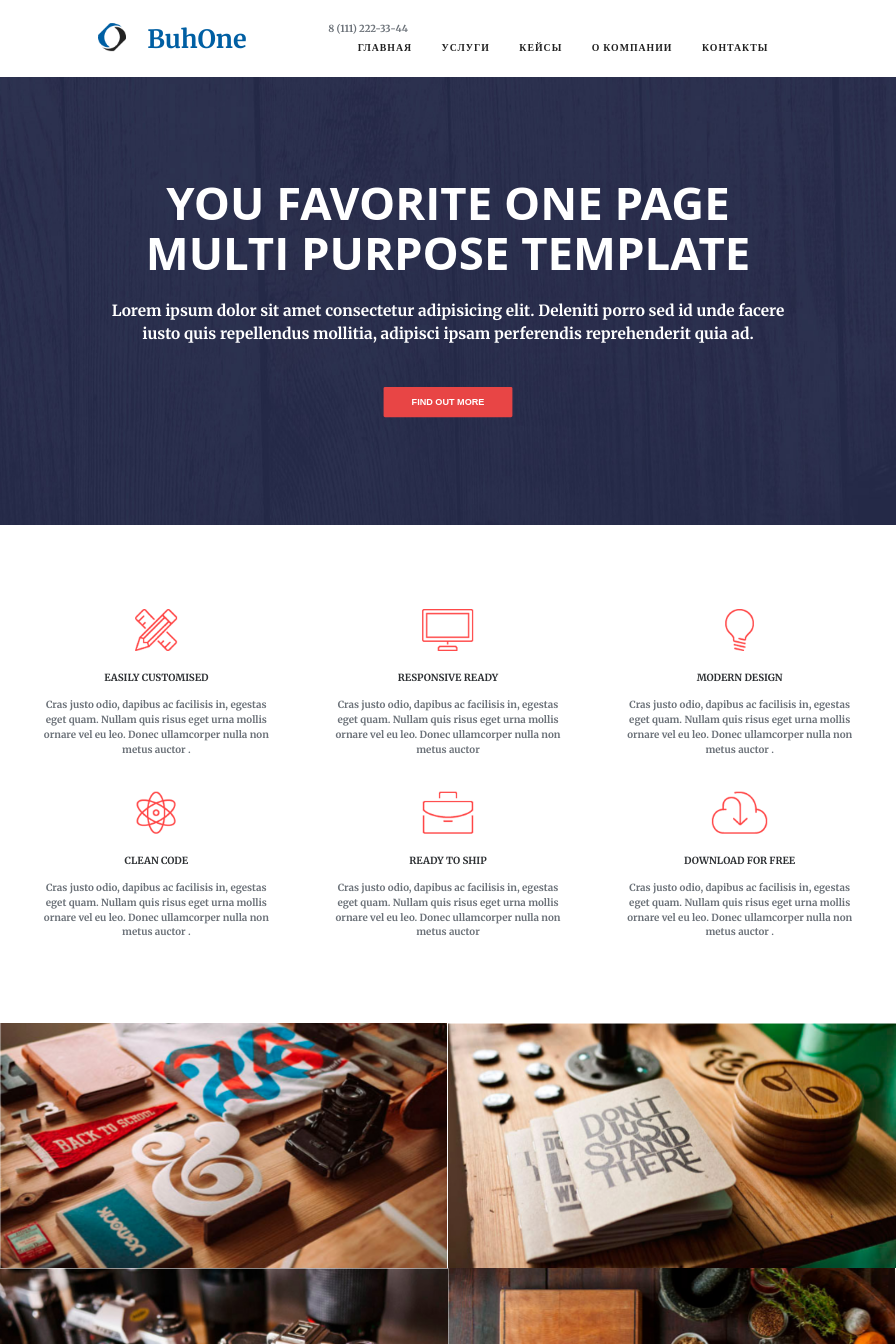
Repository: ZetsubouBilly/test
Page: index.html
An editor plug-in stored every save of this project. The page is shown before and after the next save, followed by the edit.
The browser window is 1280 px wide. The pictures show the part of the page from y = 0 to 1920 px (the page is 4929 px tall), at 70% of full size.

Above is the page before, as saved 2023-05-13 12:34:25.

After the next save:
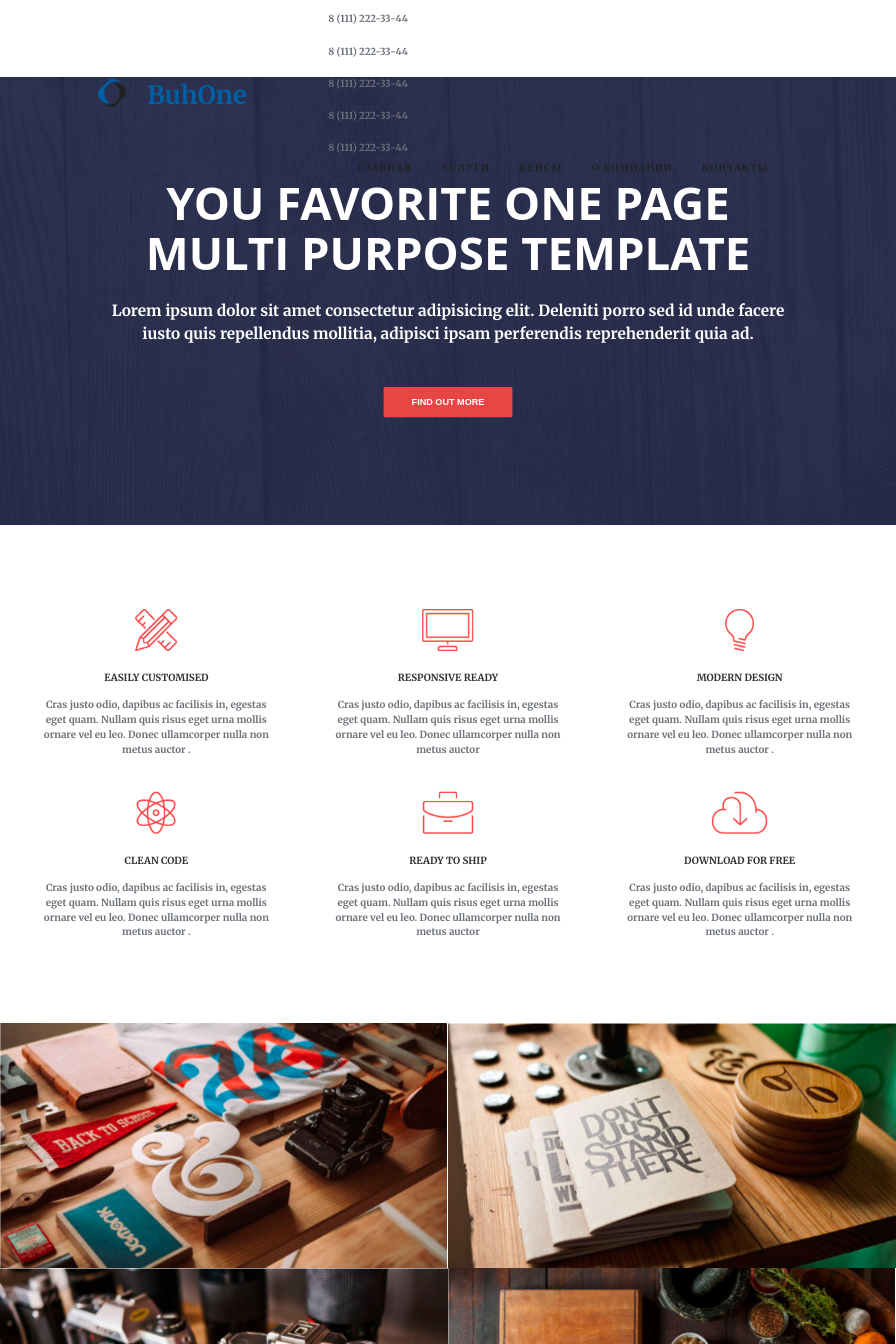
Saved 30 s later.
--- a/index.html
+++ b/index.html
@@ -40,6 +40,26 @@
                             <p class="line_info_text">8 (111) 222-33-44</p>
 
                         </div>
+                        <div class="top-line_info">
+                            <img class="top-line_info_img" src="" alt="">
+                            <p class="line_info_text">8 (111) 222-33-44</p>
+
+                        </div>
+                        <div class="top-line_info">
+                            <img class="top-line_info_img" src="" alt="">
+                            <p class="line_info_text">8 (111) 222-33-44</p>
+
+                        </div>
+                        <div class="top-line_info">
+                            <img class="top-line_info_img" src="" alt="">
+                            <p class="line_info_text">8 (111) 222-33-44</p>
+
+                        </div>
+                        <div class="top-line_info">
+                            <img class="top-line_info_img" src="" alt="">
+                            <p class="line_info_text">8 (111) 222-33-44</p>
+
+                        </div>
                     </div>
                     <nav class="nav" id="nav">
                         <a class="nav__link" href="#" data-scroll="#features">Главная</a>
